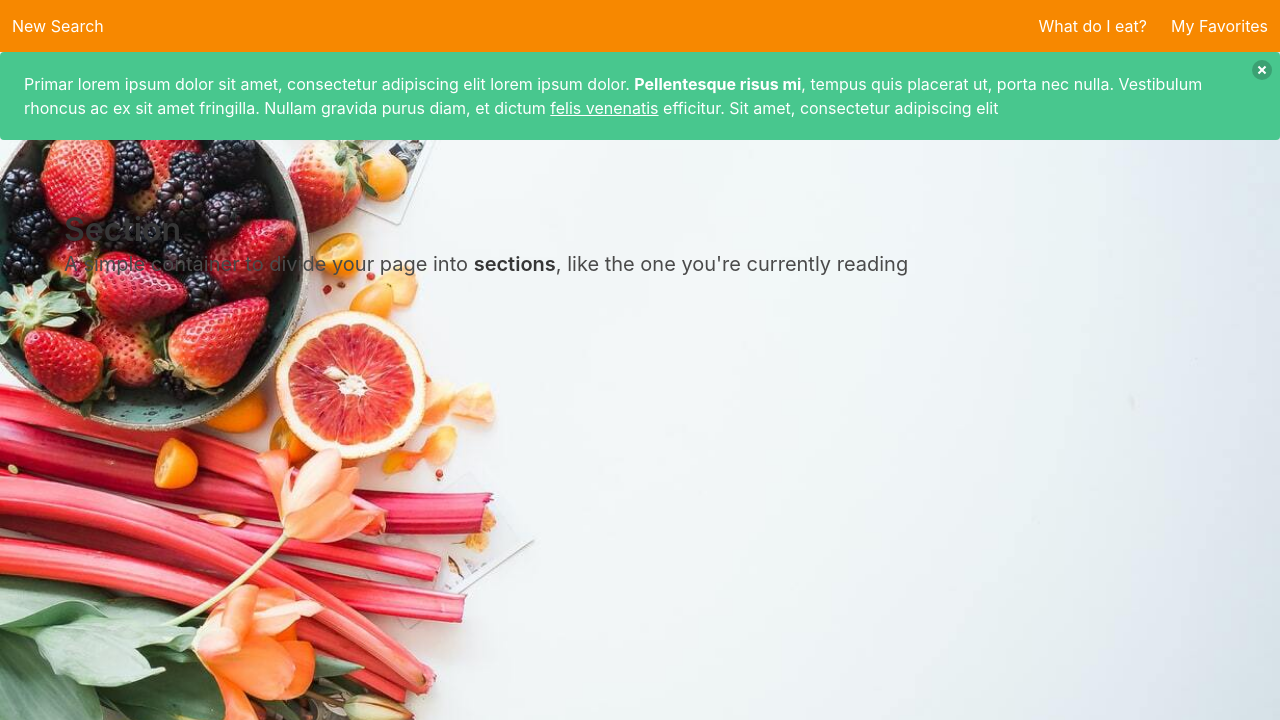
Repository: puakehaulani/the-hungry-app-proj1
Page: assets/style/Results.html
An editor plug-in stored every save of this project. The page is shown before and after the next save, followed by the edit.
The browser window is 1280 px wide. The pictures show the whole page.

Above is the page before, as saved 2020-10-15 19:10:28.

After the next save:
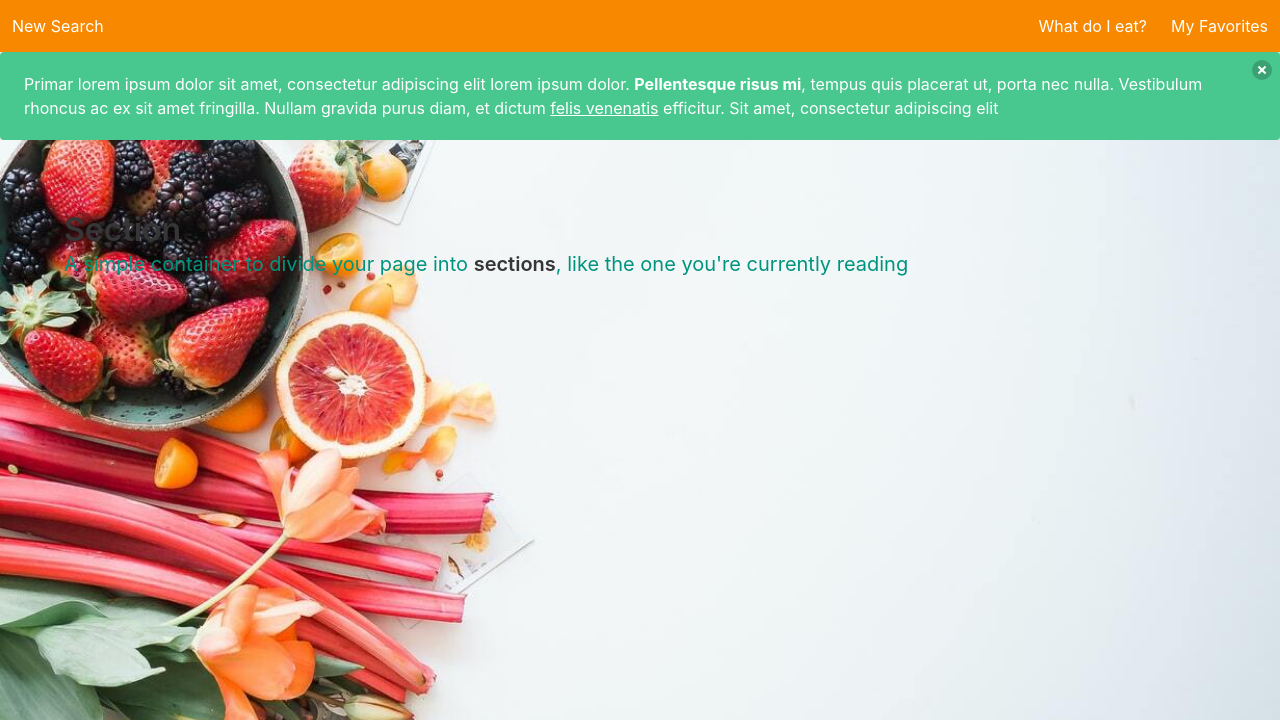
Saved 3 min 10 s later.
--- a/assets/style/Results.html
+++ b/assets/style/Results.html
@@ -37,7 +37,7 @@
         <section class="section">
           <div class="container">
             <h1 class="title">Section</h1>
-            <h2 class="subtitle">
+            <h2 class="subtitle has-text-primary-dark">
               A simple container to divide your page into <strong>sections</strong>, like the one you're currently reading
             </h2>
           </div>
